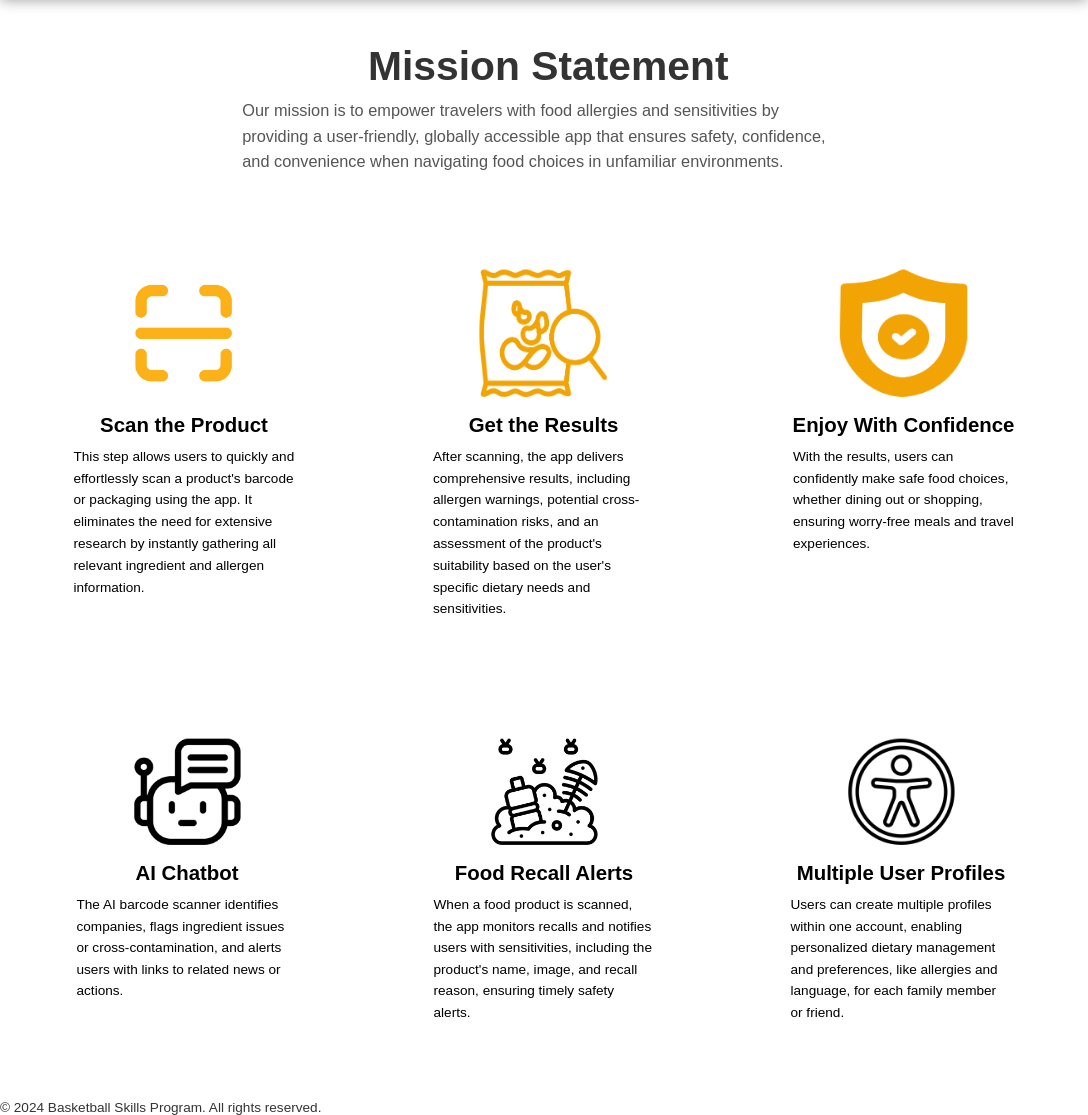
Repository: GavinPahal/landingpage
Page: /
The author's editor kept a copy of each file at every save. The page is drawn from the files as they stood at one save, then again after the next save.
The browser window is 1280 px wide. The pictures show the part of the page from y = 720 to 2032 px (the page is 2032 px tall), at 85% of full size.
The project was rebuilt for these pictures with package versions that can differ from the ones it lists, and the page was loaded fresh each time. The framework's server and built-in components were replaced by stand-ins that run in the browser. Also part of the build but not shown: next.config.mjs.

Above is the page before, as saved 2024-11-28 18:02:31.

After the next save:
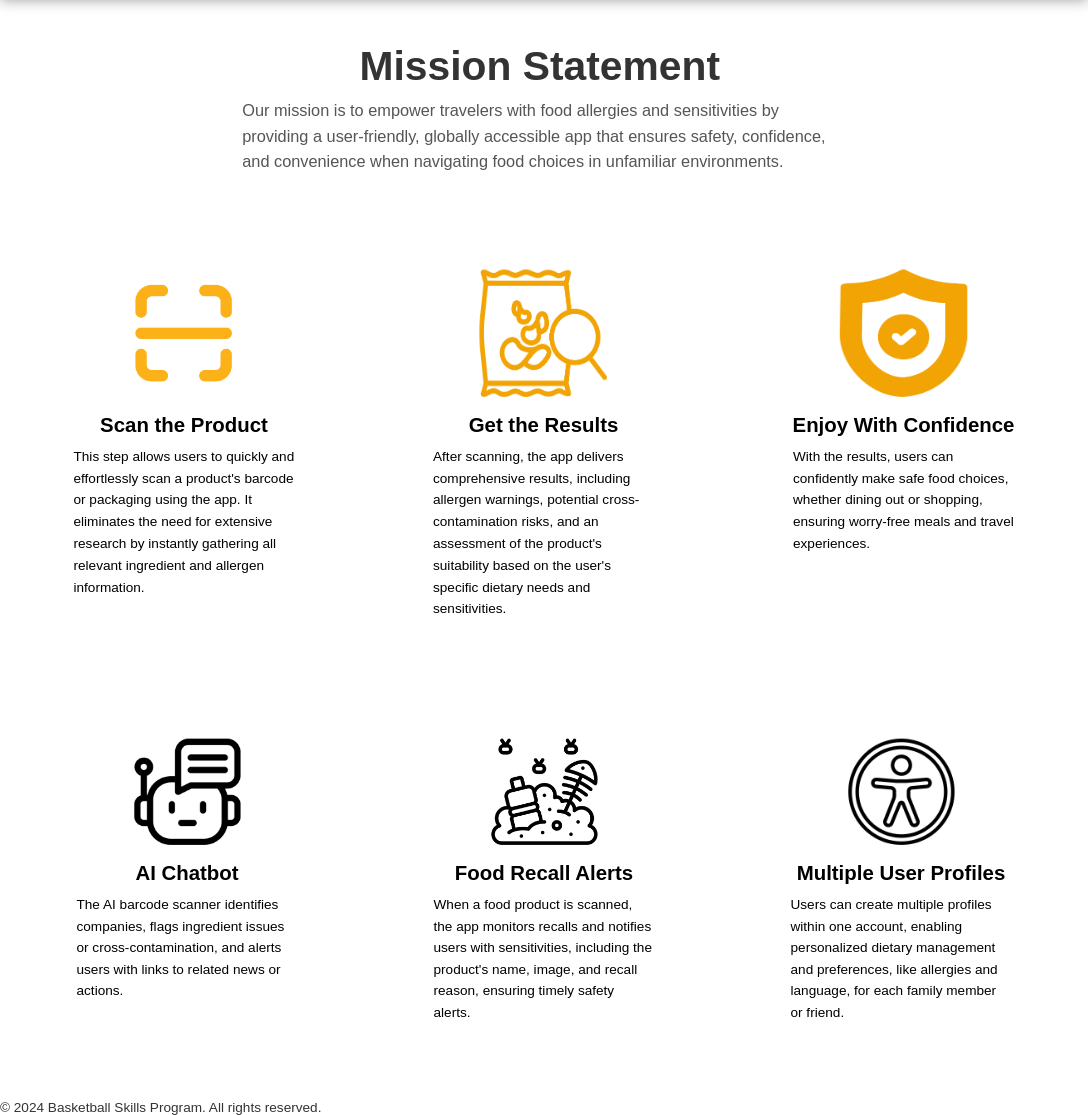
Saved 11 s later.
--- a/styles/globals.css
+++ b/styles/globals.css
@@ -252,7 +252,7 @@ body {
   color: #333;
   margin-bottom: 10px;
   font-weight: bold;
-  padding-left: 10px;
+  padding-right: 10px;
 }
 
 .missionStatement p {
